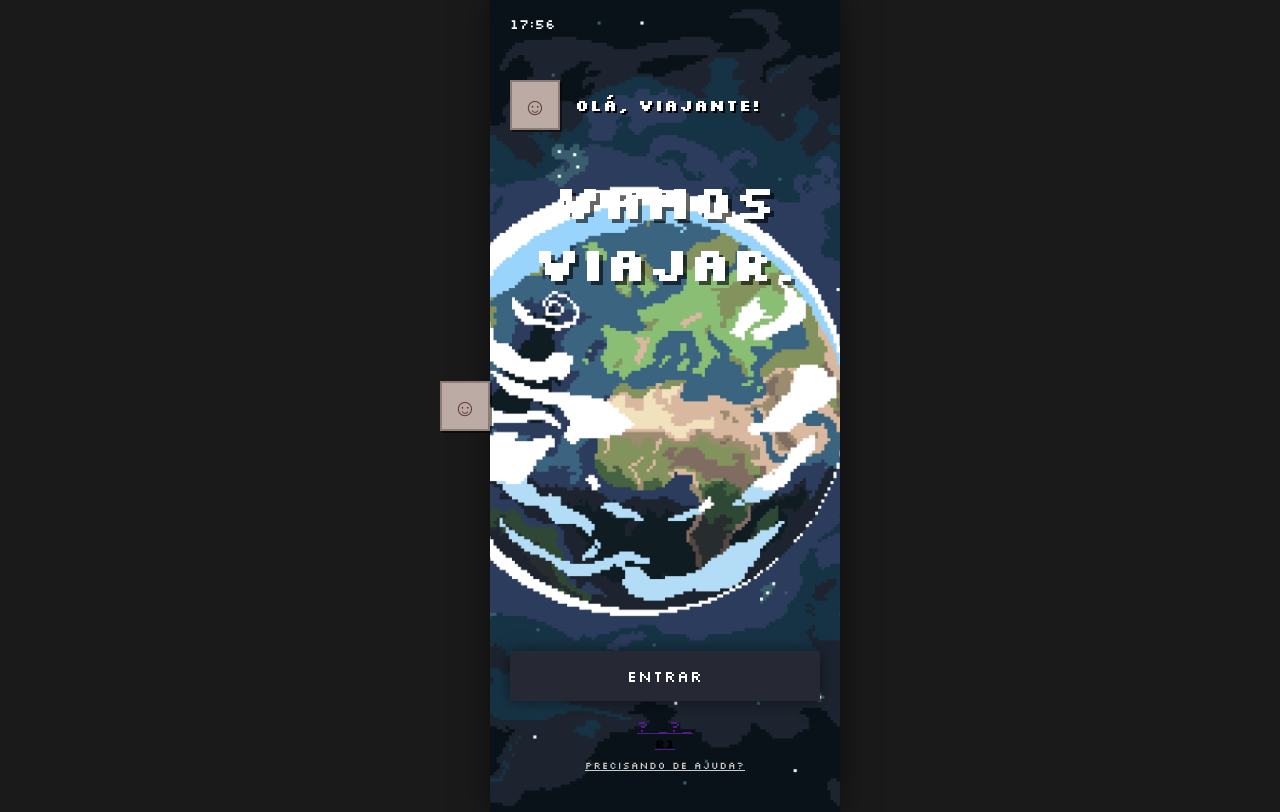
Repository: Davsool/Passport
Page: home.html
These files come from the project's save history. The page is drawn as it stood at one moment and after the next save; the edit follows.
The browser window is 1280 px wide. The pictures show the whole page.

Above is the page before, as saved 2025-12-30 01:18:41.

After the next save:
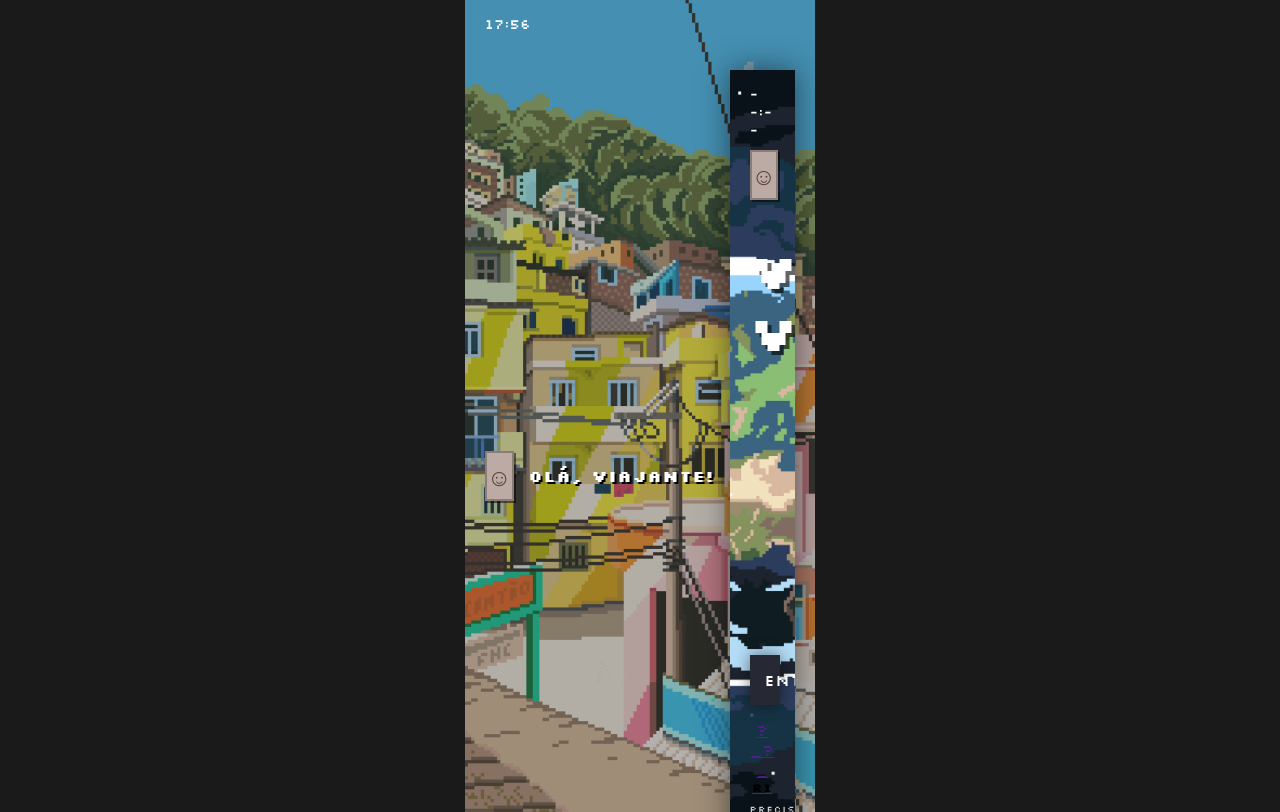
Saved 65 s later.
--- a/home.html
+++ b/home.html
@@ -3,7 +3,7 @@
 <head>
     <meta charset="UTF-8">
     <meta name="viewport" content="width=device-width, initial-scale=1.0">
-    <title>Nosso Mundinho - Home</title>
+    <title>Nosso Mundinho - Brasil</title>
 
     <link rel="preconnect" href="https://fonts.googleapis.com">
     <link rel="preconnect" href="https://fonts.gstatic.com" crossorigin>
@@ -12,7 +12,15 @@
     <link rel="stylesheet" href="style.css">
 </head>
 <body>
-         <div class="avatar-display">
+
+    <div class="phone-screen screen-brasil">
+
+        <header class="status-bar">
+            <span id="relogio">--:--</span>
+        </header>
+
+        <div class="home-header city-header">
+            <div class="avatar-display">
     <img id="userAvatarDisplay" src="" alt="Avatar" style="display: none;">
     <div id="defaultIcon" class="default-face">☺</div>
 
@@ -22,6 +30,8 @@
         <button class="menu-btn-option" onclick="sairDoApp()" style="color: #ff5555;">SAIR</button>
     </div>
 </div>
+
+            <h2 class="greeting-text" id="saudacaoNome">OLÁ, VIAJANTE!</h2>
 
 
     <!-- Tela Home (Terra) -->

After the save that followed:
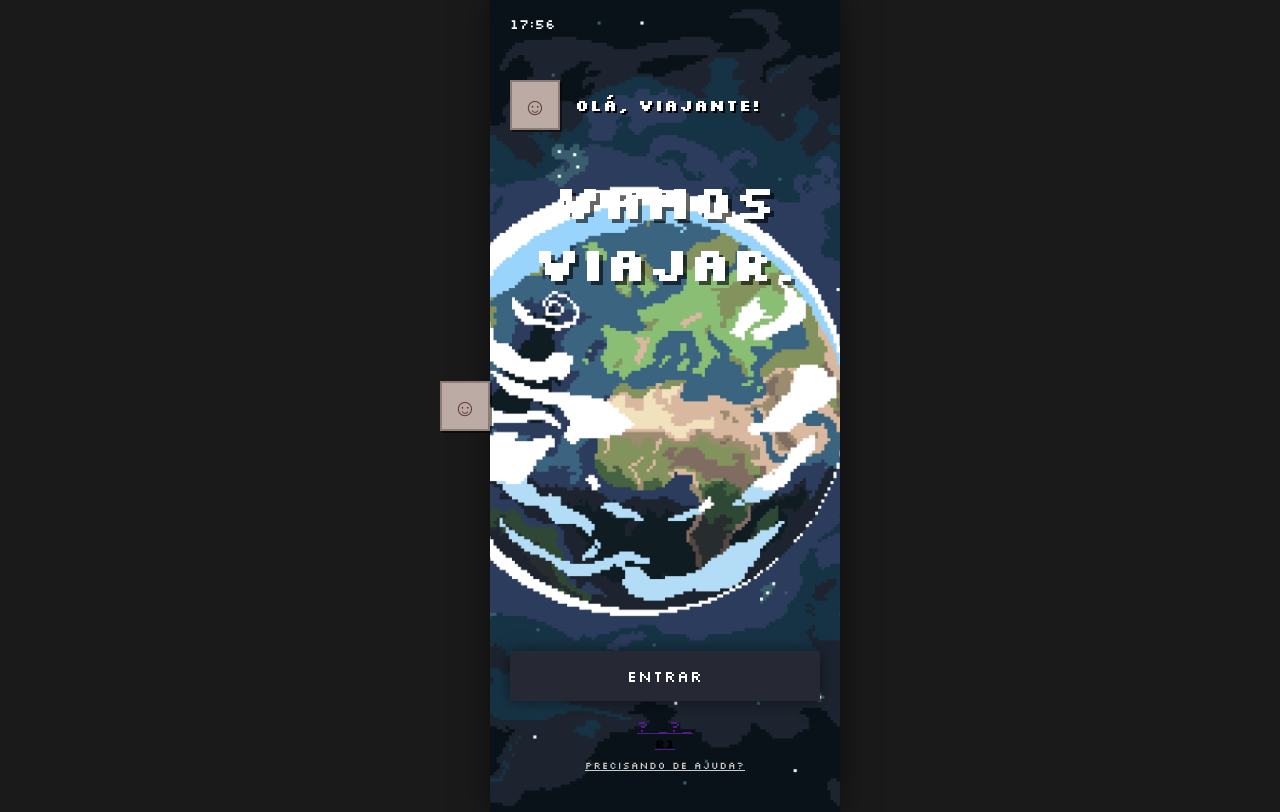
Saved 8 s later.
--- a/home.html
+++ b/home.html
@@ -3,7 +3,7 @@
 <head>
     <meta charset="UTF-8">
     <meta name="viewport" content="width=device-width, initial-scale=1.0">
-    <title>Nosso Mundinho - Brasil</title>
+    <title>Nosso Mundinho - Home</title>
 
     <link rel="preconnect" href="https://fonts.googleapis.com">
     <link rel="preconnect" href="https://fonts.gstatic.com" crossorigin>
@@ -12,15 +12,7 @@
     <link rel="stylesheet" href="style.css">
 </head>
 <body>
-
-    <div class="phone-screen screen-brasil">
-
-        <header class="status-bar">
-            <span id="relogio">--:--</span>
-        </header>
-
-        <div class="home-header city-header">
-            <div class="avatar-display">
+         <div class="avatar-display">
     <img id="userAvatarDisplay" src="" alt="Avatar" style="display: none;">
     <div id="defaultIcon" class="default-face">☺</div>
 
@@ -30,8 +22,6 @@
         <button class="menu-btn-option" onclick="sairDoApp()" style="color: #ff5555;">SAIR</button>
     </div>
 </div>
-
-            <h2 class="greeting-text" id="saudacaoNome">OLÁ, VIAJANTE!</h2>
 
 
     <!-- Tela Home (Terra) -->
